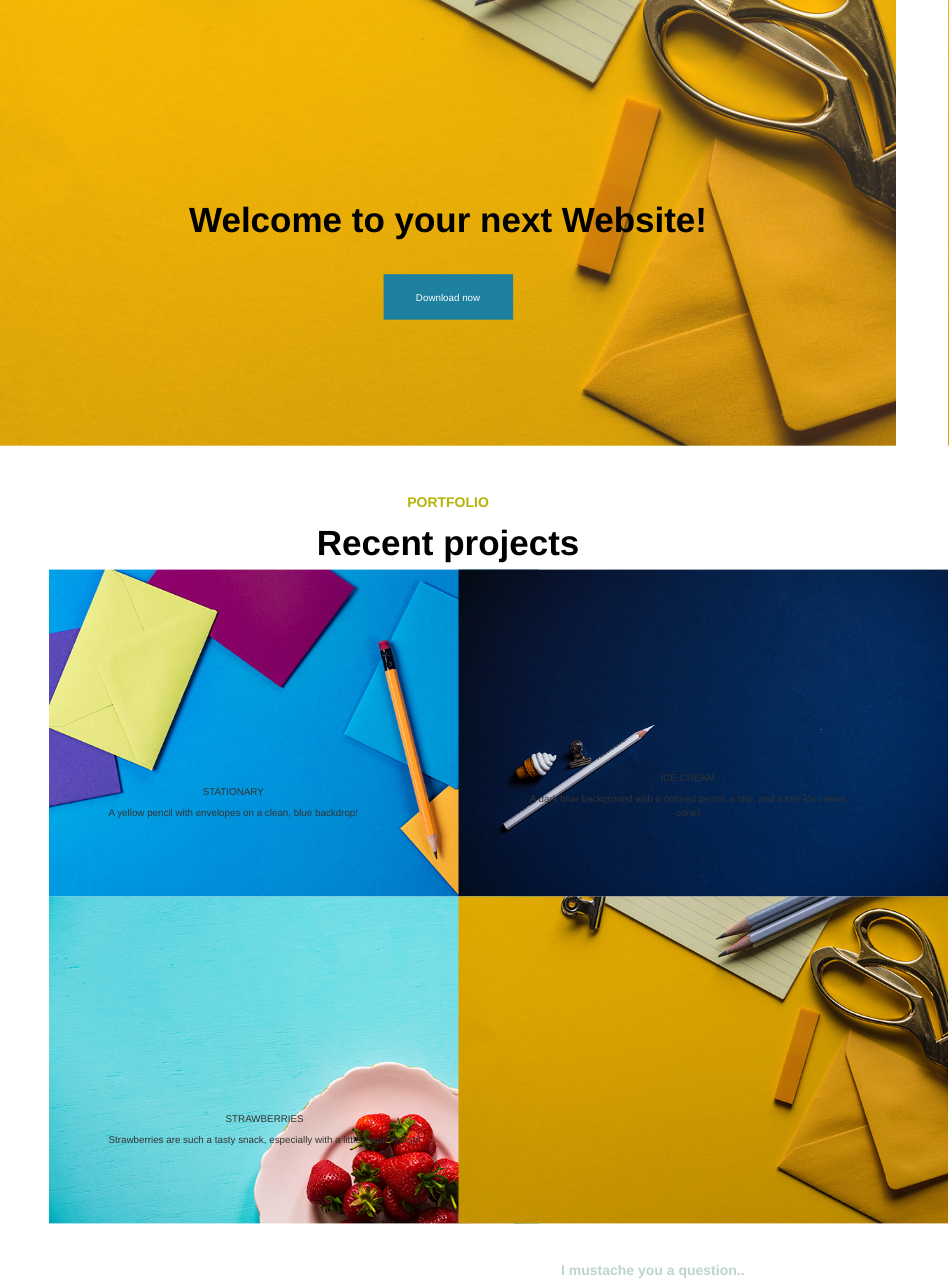
Repository: codin-full-stack/tomasz
Page: http://localhost/tomasz/portfolio/index.php
The author's editor kept a copy of each file at every save. The page is drawn from the files as they stood at one save, then again after a run of saves.
The browser window is 1280 px wide. The page is 1355 px wide, so the pictures cover 1355 px, including what lies to the right of the window. The pictures show the part of the page from y = 1794 to 3634 px (the page is 3634 px tall before and 3542 px after), at 70% of full size.
Some web libraries are served in a nearby version. The page is run by PHP 8.4 with error messages shown; the project is at /var/www/html/.

Above is the page before, as saved 2018-10-23 09:14:51.

### portfolio/index.php
<!DOCTYPE html>
<html lang="en">
  <head>
    <meta charset="utf-8">
    <meta name="viewport" content="width=device-width, initial-scale=1, shrink-to-fit=no">
    <link rel="stylesheet" href="styles.css">
    <!-- Latest compiled and minified CSS -->
    <link rel="stylesheet" href="https://maxcdn.bootstrapcdn.com/bootstrap/3.3.7/css/bootstrap.min.css">
    <link rel="stylesheet" href="https://use.fontawesome.com/releases/v5.4.1/css/all.css" integrity="sha384-5sAR7xN1Nv6T6+dT2mhtzEpVJvfS3NScPQTrOxhwjIuvcA67KV2R5Jz6kr4abQsz" crossorigin="anonymous">
    <!-- jQuery library -->
    <script src="https://ajax.googleapis.com/ajax/libs/jquery/3.3.1/jquery.min.js"></script>
    <!-- Latest compiled JavaScript -->
    <script src="https://maxcdn.bootstrapcdn.com/bootstrap/3.3.7/js/bootstrap.min.js"></script>
  </head>

<body>
    <section class="first">
      <div class="container-fluid flex">
        <div class="textbox">
        <h1 class="maintext">Stylish portfolio</h1>
        <h2 class="secondtext"><i>A free Bootstrap Theme by Start Bootstrap</i></h2>
        <button class="button">Find Out More</button>
        </div>
      </div>
    </section>

    <section class="second">
      <div class="container-fluid flex">
        <div class="textbox2">
          <h1 class="maintext2">Stylish portfolio is the perfect theme for your next project!</h1>
          <h2 class="secondtext2"><i>This theme features is flexible, UX friendly sidebar menu and stock photos from your friends at Unsplash!</i></h2>
          <button class="button2">What We Offer</button>
        </div>
      </div>
    </section>

    <section class="third">
      <div class="container flex">
        <div class="textbox3">
        <h2 class="secondtext3">SERVICES</h2>
        <h1 class="maintext3">What We Offer</h1>
          <div class="row">
              <div class="col-md-3">
                <div class="iconframe"></div>
                <p class="maintext4">Responsive</p>
                <p class="secondtext4">Looks great on any screen size!</p>
              </div>
              <div class="col-md-3">
              <div class="iconframe"></div>
                <p class="maintext4">Redesigned</p>
                <p class="secondtext4">Freshly design for Boostrap 4.</p>
              </div>
              <div class="col-md-3">
                <div class="iconframe"></div>
                  <p class="maintext4">Favorited</p>
                  <p class="secondtext4">Million of users (icon) Boostrap!</p>

              </div>
              <div class="col-md-3">
                <div class="iconframe"></div>
                  <p class="maintext4">Question</p>
                  <p class="secondtext4">I mustache you a question..</p>
              </div>
            </div>
        </div>
      </div>
    </section>

        <section class="fourth">
      <div class="container-fluid flex">
        <div class="textbox4">
        <h1 class="maintext5">Welcome to your next Website!</h1>
        <button class="button">Download now</button>
        </div>
      </div>
    </section>

<section class="fifth">
      <div class="container flex">
        <div class="textbox5">
        <h2 class="secondtext5">PORTFOLIO</h2>
        <h1 class="maintext5">Recent projects</h1>
          <div class="row">
              <div class="col-md-6">
                <img src="images/portfolio-1.jpg" alt="">
                  <div class="photobox">
                  <p class="maintext6">STATIONARY</p>
                  <p class="secondtext6">A yellow pencil with envelopes on a clean, blue backdrop!</p>
                  </div>
              </div>
              <div class="col-md-6">
              <img src="images/portfolio-2.jpg" alt="">
                <div class="photobox">
                  <p class="maintext6">ICE CREAM</p>
                  <p class="secondtext6">A dark blue background with a colored pencil, a clip, and a tiny ice cream cone!</p>
                </div>
              </div>
            </div>
            <div class="row">
              <div class="col-md-6">
              <img src="images/portfolio-3.jpg" alt="">
                <div class="photobox">
                  <p class="maintext6">STRAWBERRIES</p>
                  <p class="secondtext6">Strawberries are such a tasty snack, especially with a little sugar on top!</p>
                </div>
              </div>
              <div class="col-md-6">
                <img src="images/portfolio-4.jpg" alt="">
                  <p class="maintext4">Question</p>
                  <p class="secondtext4">I mustache you a question..</p>
              </div>
            </div>
        </div>
      </div>
    </section>





</body>



























</html>

### portfolio/styles.css
body {
    /* width: 100vw;
    height: 100vh; */
}

.first {
    height: 100vh;
    display: flex;
    width: 100%;
    background-image: url("images/bg-masthead.jpg");
    background-position: left;
    background-repeat: no-repeat;
    background-size: cover;
}

.second {
    padding: 120px 0;
    background-color: #ffffff;

}
.third {
    background-color: #1d809f;
    height: 550px;
}

.fourth {
    height: 100vh;
    background-image: url("images/bg-callout.jpg");
    background-position: left;
    background-repeat: no-repeat;
    background-size: cover;
}
.fifth {
    /* height: 100vh; */

}

.textbox {
    width: 650px;
    align-self: center;
    text-align: center;
    margin: 0 auto;
}
.textbox2 {

    width: 840px;
    align-self: center;
    text-align: center;
    margin: 0 auto;
}

.textbox3 {
    padding-top: 100px;
    align-self: center;
    text-align: center;
    margin: 0 auto;
}
.textbox4 {
    padding-top: 350px;
    align-self: center;
    text-align: center;
    margin: 0 auto;
}
.textbox5 {
    padding-top: 50px;
    align-self: center;
    text-align: center;
    margin: 0 auto;
}

.first h1 {
    font-size: 85px;
}

.first h2 {
    font-size: 30px;
}

.second h1 {
    font-size: 26px;
    font-weight: 750;
}
.second h2 {
    font-size: 16px;
    font-weight: 750;
}
.third h2 {
    font-size: 20px;
    font-weight: bold;
    color: #b6b307;
}

.third h1 {
    font-size: 50px;
    font-weight: bold;
    color: #ffffff;
}
.fourth h1 {
    font-size: 50px;
    font-weight: bold;
    color: #000000;
}

.maintext4 {
    font-size: 30px;
    font-weight: bold;
    color: #ffffff;
}

.secondtext4 {
    font-size: 20px;
    font-weight: bold;
    color: #bcd4d1;
}

.fifth h2 {
    font-size: 20px;
    font-weight: bold;
    color: #b6b307;
}

.fifth h1 {
    font-size: 50px;
    font-weight: bold;
    color: #000000;
}

.container-fluid {

}

.flex {
    display: flex;
}

.button {
    width: 185px;
    height: 65px;
    background-color: #1d809f;
    border: none;
    color: #ffffff;
    align-self: center;
    margin-top: 40px;
}

.button2 {
    width: 185px;
    height: 65px;
    background-color: #000000;
    border: none;
    color: #ffffff;
    margin-top: 40px;
}

.iconframe {
    height: 120px;
    width: 120px;
    background-color: #ffffff;
    border-radius: 100%;
    display: inline-block;
}

.photobox {
    position: absolute;
    bottom: 100px;
    left: 100px;
}

After the next 3 saves:
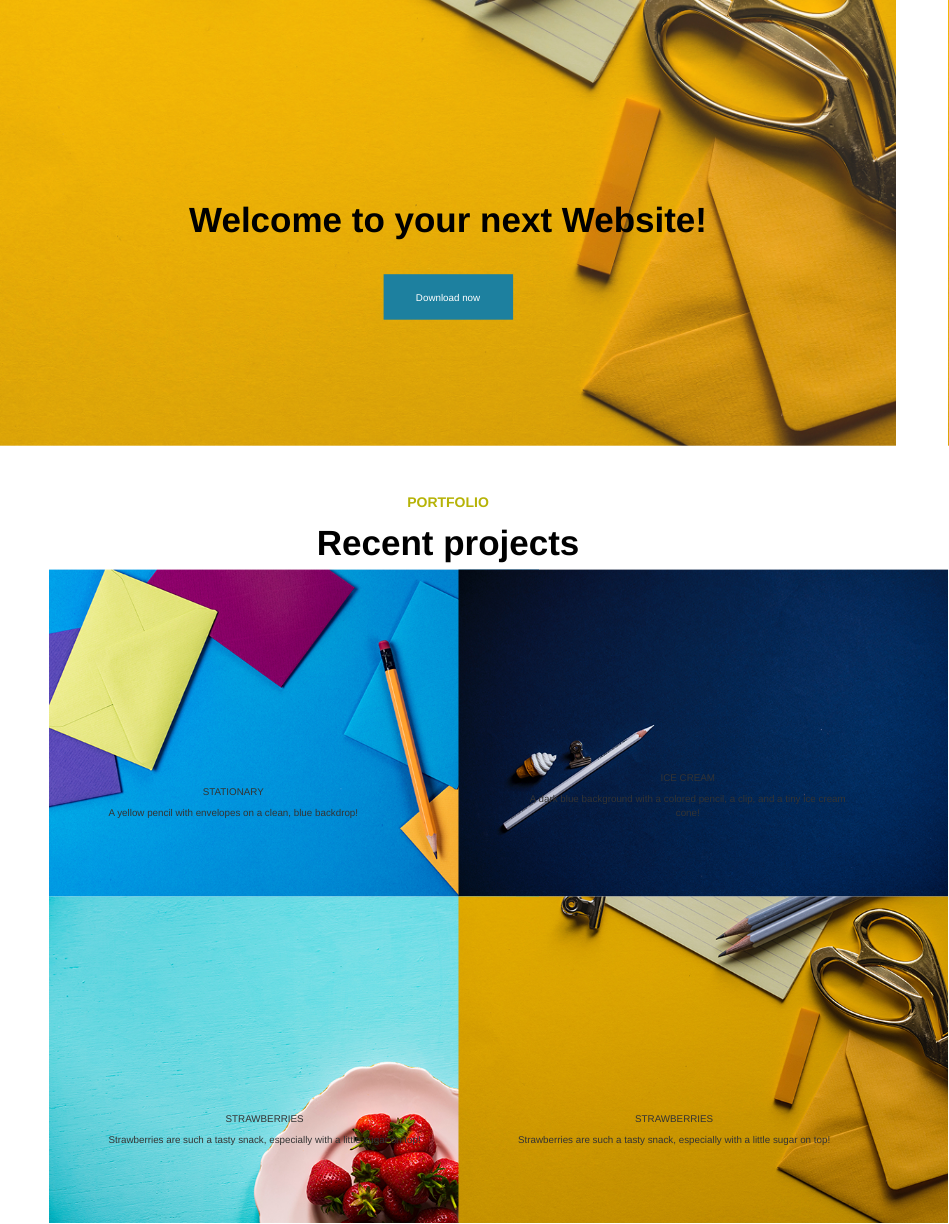
The 3 saves are shown as one change because they came seconds apart.
The last was saved 10 s later.
--- a/portfolio/index.php
+++ b/portfolio/index.php
@@ -106,8 +106,10 @@
               </div>
               <div class="col-md-6">
                 <img src="images/portfolio-4.jpg" alt="">
-                  <p class="maintext4">Question</p>
-                  <p class="secondtext4">I mustache you a question..</p>
+                  <div class="photobox">
+                    <p class="maintext6">STRAWBERRIES</p>
+                    <p class="secondtext6">Strawberries are such a tasty snack, especially with a little sugar on top!</p>
+                </div>
               </div>
             </div>
         </div>
